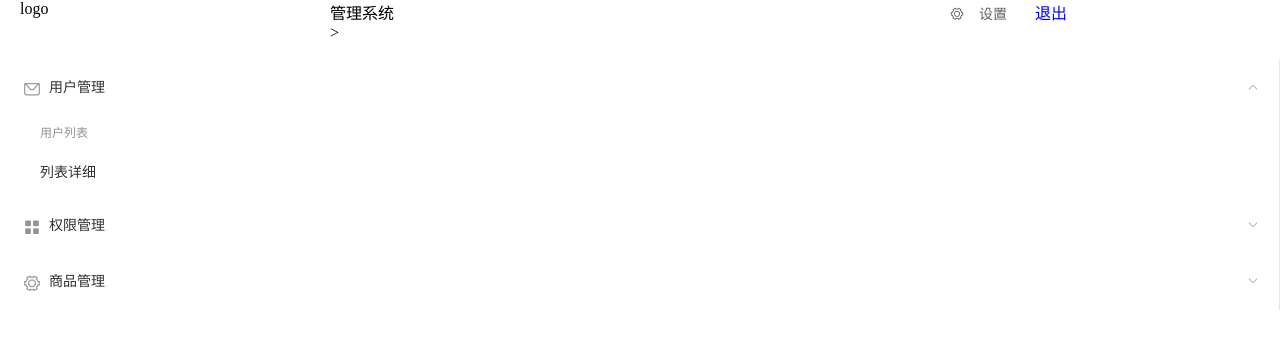
Repository: euphor1azzy/testlist
Page: /#/users (app in list/)
The author's editor kept a copy of each file at every save. The page is drawn from the files as they stood at one save, then again after the next save.
The browser window is 1280 px wide. The pictures show the whole page.
The project was rebuilt for these pictures with package versions that can differ from the ones it lists, and the page was loaded fresh each time. Also part of the build but not shown: list/src/views/login/login.vue, list/src/components/users/users.vue.

Above is the page before, as saved 2020-08-25 10:33:47.

After the next save:
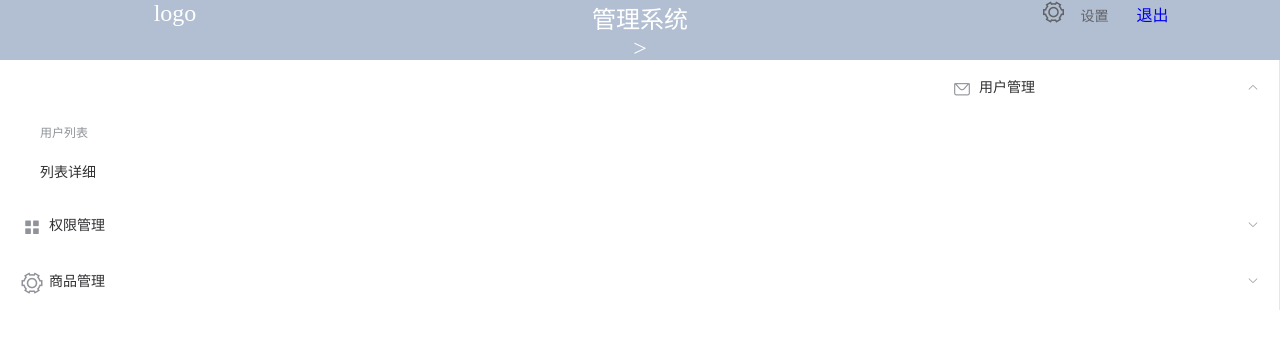
Saved 51 s later.
--- a/list/src/views/home.vue
+++ b/list/src/views/home.vue
@@ -94,4 +94,15 @@ background-color: #d3dce6;
   height: 100%;
 
 }
+.nav {
+  padding: 10px;
+  text-align: center;
+  font-size: 24px;
+  width: 100%;
+  color: #fff;
+  background-color: #b2bfd2;
+}
+.el-icon-setting::before {
+  font-size: 24px;
+}
 </style>
